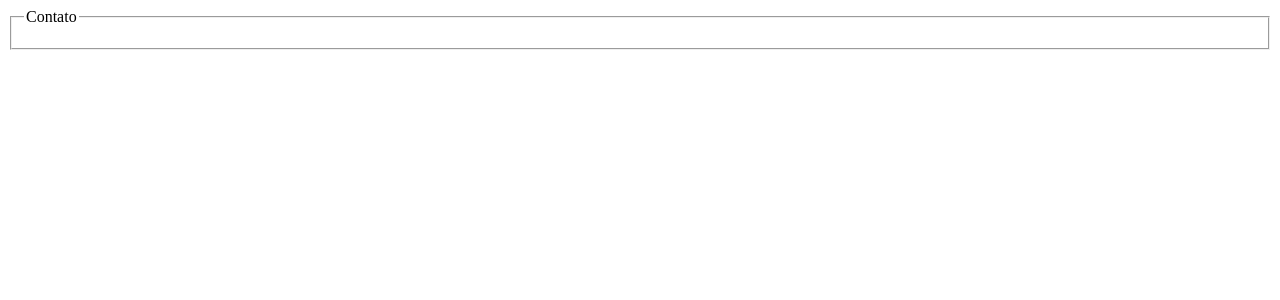
Repository: daniloserafim/trilha-backend-senai
Page: exemploServlet/WebContent/contato.html
An editor plug-in stored every save of this project. The page is shown before and after the next save, followed by the edit.
The browser window is 1280 px wide. The pictures show the whole page.

Above is the page before, as saved 2022-05-31 22:06:17.

After the next save:
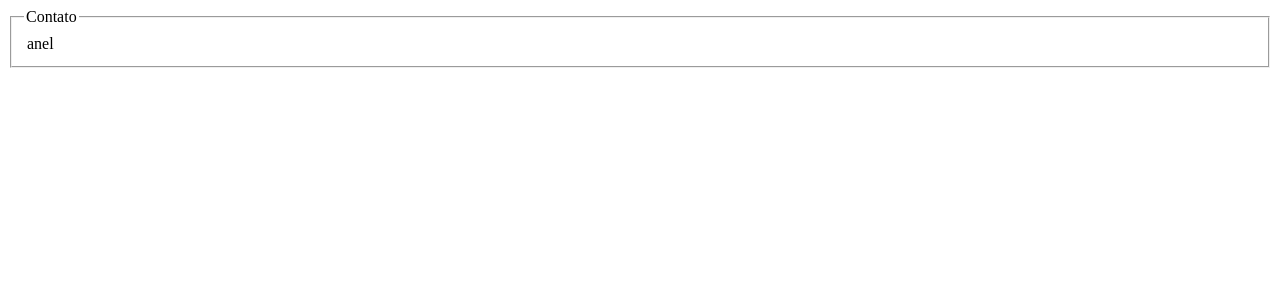
Saved 3 min 11 s later.
--- a/exemploServlet/WebContent/contato.html
+++ b/exemploServlet/WebContent/contato.html
@@ -10,7 +10,7 @@
 			<legend>Contato</legend>
 			<table>
 				<tr>
-					<td></td>
+					<td>anel</td>
 				</tr>
 			</table>
 		</fieldset>
